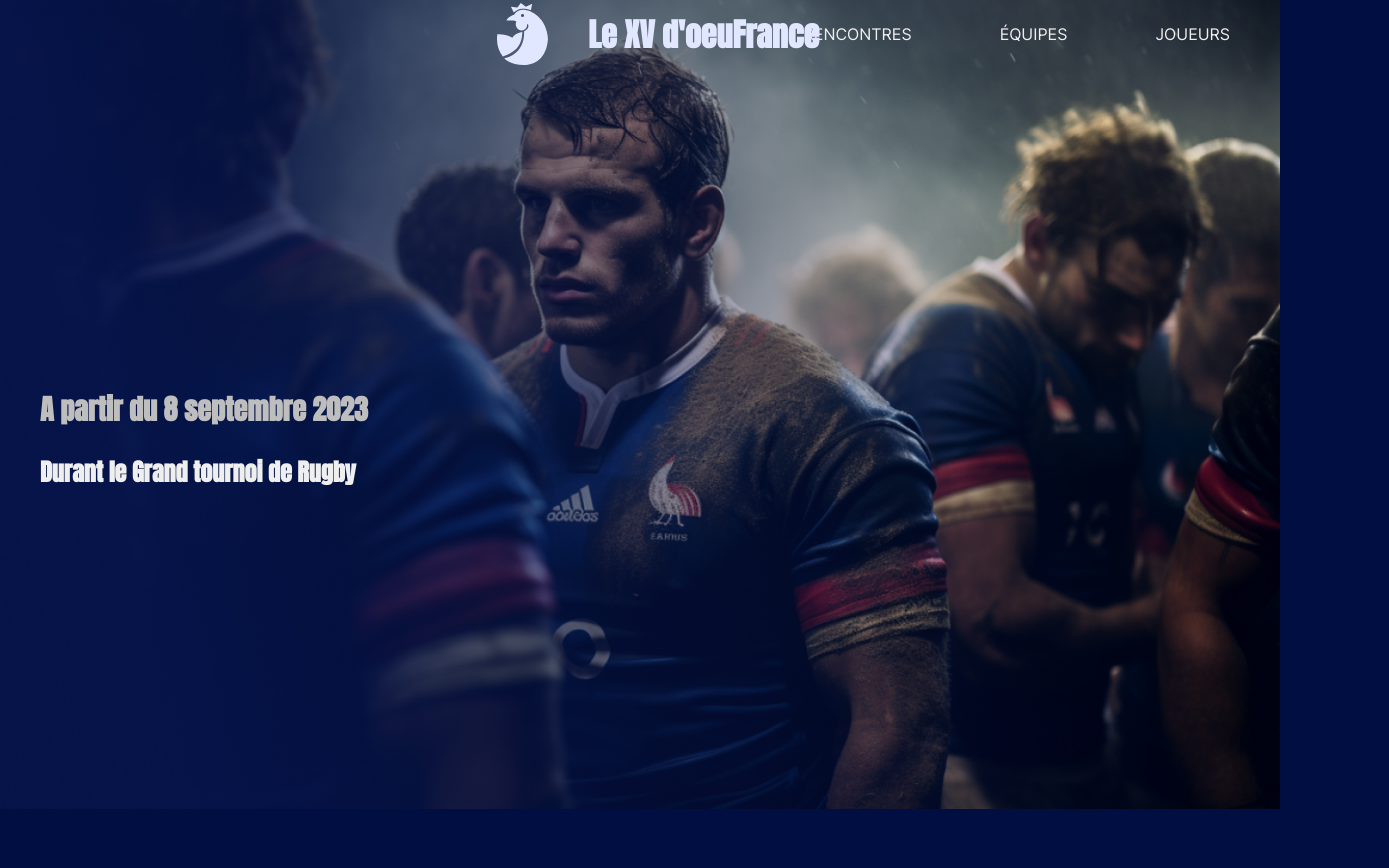
Repository: Yohann-Hamon/Projet_Rugby
Page: http://localhost/
An editor plug-in stored every save of this project. The page is shown before and after the next save, followed by the edit.
The browser window is 1280 px wide. The page is 1389 px wide, so the pictures cover 1389 px, including what lies to the right of the window. The pictures show the part of the page from y = 0 to 868 px (the page is 1745 px tall before and 1807 px after).
The page is run by PHP 8.4 with error messages shown; the project is at /var/www/html/.

Above is the page before, as saved 2023-06-30 12:00:47.

### index.php
<!DOCTYPE html>
<html lang="en">
    <head>
        <!-- style.css -->
        <link rel="stylesheet" href="./front/style/colors.css">

        <!-- main.css -->
        <link rel="stylesheet" href="./front/style/main.css">

        <!-- COMPONENTS -->
        <!-- buttons -->
        <link rel="stylesheet" href="./front/components/molecules/buttons/navbutton/navbutton.css">
        <!-- meeting -->
        <!-- team -->
        <link rel="stylesheet" href="./front/components/molecules/team/team.css">

        <link rel="stylesheet" href="./front/components/molecules/insta/insta.css">
        <!-- player -->
        <link rel="stylesheet" href="./front/components/molecules/player/player.css">

        <!-- Header -->
        <link rel="stylesheet" href="./front/components/organisms/header/header.css">
        <!-- Hero -->
        <link rel="stylesheet" href="./front/components/organisms/hero/hero.css">
        <!-- meetings -->
        <link rel="stylesheet" href="./front/components/organisms/meetings/meetings.css">
        <!-- teams -->
        <link rel="stylesheet" href="./front/components/organisms/teams/teams.css">
        <!-- players -->
        <link rel="stylesheet" href="./front/components/organisms/players/players.css">

        <meta charset="UTF-8">
        <meta http-equiv="X-UA-Compatible" content="IE=edge">
        <meta name="viewport" content="width=device-width, initial-scale=1.0">

        <title> Rugby World Cup 2023 by ESIN</title>
    </head>
    <body>
        <?php
            // header
            include './front/components/organisms/header/header.php';

            // hero
            include './front/components/organisms/hero/hero.php';

            // post instagram
            include './front/components/molecules/insta/insta.php';

            //footer
            include './front/components/organisms/footer/footer.php';

        ?>
    </body>
</html>

### front/components/organisms/header/header.php
<?php
  include './front/components/molecules/buttons/navbutton/navbutton.php';
?>

<header class="o-header">
  <div class="o-header__logo">
    <img src="./front/style/images/logo.svg" alt="logo">
    <h1 class=" nav-title primary900">Le XV d'oeuFrance</h1>
  </div>

  <div class="o-header__user">
    <?php
      navButtonComponent('#','rencontres');
      navButtonComponent('#','équipes');
      navButtonComponent('#','joueurs');
    ?>
  </div>
</header>

### front/components/molecules/buttons/navbutton/navbutton.php
<?php
    function navButtonComponent($url, $text)
    {
        echo'<a href="'.$url.'" class="a-button navigation">'.$text.'</a>';
    }
?>

### front/components/organisms/hero/hero.php

<!DOCTYPE html>
<html lang="en">
<head>
    <meta charset="UTF-8">
    <meta name="viewport" content="width=device-width, initial-scale=1.0">
    <link rel="stylesheet" href="./front/components/organisms/hero/hero.css">

    <title> Rugby World Cup 2023 by ESIN</title>

</head>
<body>
<section class="o-hero">
    <h2 class=" subtitle neutral600">A partir du 8 septembre 2023</h2>
    <h1 class=" title neutral900">Venez suivre le XV d’oeuFrance</h1>
    <h3 class=" description neutral900">Durant le Grand tournoi de Rugby</h3>
</section>
</body>
</html>

### front/components/molecules/insta/insta.php
<h1 class="insta-title neutral900">Suivez ces comptes Instagram pour ne rater aucunes infos !</h1>

<div class="o-embed__user" style="display: flex">
  <div class="posts">
    <iframe class="o-insta" src="https://www.instagram.com/worldrugby/embed" allowtransparency="true" allowfullscreen="true"
      data-instgrm-payload-id="instagram-media-payload-0" scrolling="no" width="355" height="390" frameborder="0" style="border-radius: 6px;"></iframe>

    <iframe src="https://www.instagram.com/rugby.information/embed" class="o-insta" allowtransparency="true" allowfullscreen="true"
      data-instgrm-payload-id="instagram-media-payload-0" scrolling="no" width="355" height="390" frameborder="0" style="border-radius: 6px;"></iframe>

    <iframe src="https://www.instagram.com/francerugby/embed" class="o-insta" allowtransparency="true" allowfullscreen="true"
      data-instgrm-payload-id="instagram-media-payload-0" scrolling="no" width="355" height="390" frameborder="0" style="border-radius: 6px;"></iframe>
  </div>
</div>

### front/components/organisms/footer/footer.php
<footer class="o-footer">
    <p class=" primary900 o-footer__content">© 2023 Coupe du Monde de Rugby | Ce site est un projet scolaire à but non lucratif </p>
    <p class=" primary900 o-footer__content"> XVdoeuFrance@gmail.com</p>
    <img class="o-footer__logo" src="front/components/organisms/footer/logo.png"></li>
</footer>

### front/style/colors.css
:root {
  /* Primary */
  --primary-100: #000E41;
  --primary-200: #031452;
  --primary-300: #002DC9;
  --primary-400: #7289D7;
  --primary-500: #869CE8;
  --primary-600: #A5B0D7;
  --primary-700: #B4C4FF;
  --primary-800: #C9D5FF;
  --primary-900: #E0E7FF;
  /* Sencondary */
  --sencondary-100: #D08800;
  --sencondary-200: #D7A13C;
  --sencondary-300: #E5BF78;
  --sencondary-400: #E09D1E;
  --sencondary-500: #FFA700;
  --sencondary-600: #E7C40E;
  --sencondary-700: #F1C40D;
  --sencondary-800: #F5DD5C;
  --sencondary-900: #F6E1A2;
  /* Terciary */
  --terciary-100: #5E0000;
  --terciary-200: #900000;
  --terciary-300: #B30000;
  --terciary-400: #8A4219;
  --terciary-500: #A43B00;
  --terciary-600: #C94800;
  --terciary-700: #E18A58;
  --terciary-800: #DA9F7F;
  --terciary-900: #F1C3A8;
  /* Neutral */
  --neutral-100: #232323;
  --neutral-200: #414141;
  --neutral-300: #6F6E6E;
  --neutral-400: #8B8B8B;
  --neutral-500: #A1A1A1;
  --neutral-600: #BEBEBE;
  --neutral-700: #C9C9C9;
  --neutral-800: #DDDDDD;
  --neutral-900: #EFEFEF;
}

/* Primary */

.primary100 {
  color: var(--primary-100);
}

.primary200 {
  color: var(--primary-200);
}

.primary300 {
  color: var(--primary-300);
}

.primary400 {
  color: var(--primary-400);
}

.primary500 {
  color: var(--primary-500);
}

.primary800 {
  color: var(--primary-800);
}

.primary900 {
  color: var(--primary-900);
}

.secondary500 {
  color: var(--secondary-500);
}

.secondary600 {
  color: var(--secondary-600);
}

.secondary700 {
  color: var(--secondary-700);
}

.secondary800 {
  color: var(--secondary-800);
}

.secondary900 {
  color: var(--secondary-900);
}


/* Terciary */

.terciary100 {
  color: var(--terciary-100);
}

.terciary200 {
  color: var(--terciary-200);
}

.terciary300 {
  color: var(--terciary-300);
}

.terciary400 {
  color: var(--terciary-400);
}

.terciary500 {
  color: var(--terciary-500);
}

.terciary600 {
  color: var(--terciary-600);
}

.terciary700 {
  color: var(--terciary-700);
}

.terciary800 {
  color: var(--terciary-800);
}

.terciary900 {
  color: var(--terciary-900);
}

/* Neutral */

.primary100 {
  color: var(--primary-100);
}

.primary200 {
  color: var(--primary-200);
}

.primary300 {
  color: var(--primary-300);
}

.primary400 {
  color: var(--primary-400);
}

.neutral500 {
  color: var(--neutral-500);
}

.neutral600 {
  color: var(--neutral-600);
}

.neutral700 {
  color: var(--neutral-700);
}

.neutral800 {
  color: var(--neutral-800);
}

.neutral900 {
  color: var(--neutral-900);
}

/* Neutral */

.neutral100 {
  color: var(--neutral-100);
}

.neutral200 {
  color: var(--neutral-200);
}

.neutral300 {
  color: var(--neutral-300);
}

.neutral400 {
  color: var(--neutral-400);
}

.neutral500 {
  color: var(--neutral-500);
}

.neutral600 {
  color: var(--neutral-600);
}

### front/style/main.css
body {
  margin: 0;
  background-color: #000E41;
}

ul {
  list-style: none;
}

.test {
  height: 100px;
  padding: 20px;
  /* background-color: rgb(87, 151, 151); */
}

h1 {
  margin: 0;
}

h2 {
  margin: 0;
}

### front/components/molecules/buttons/navbutton/navbutton.css
@font-face {
  font-family: 'Inter';
  src: url(../../../../style/fonts/inter.woff2);
}

.a-button
{
  display: inline-block;
  padding: 12px 16px;
  background-color: none;
  color: var(--neutral-900);
  border: none;
  border-radius: 8px;
  text-decoration: none;
  font-family: 'Inter';
  text-transform: uppercase;
}

.a-button:hover
{
  background-color: none;
  color: var(--neutral-900);
  text-decoration-line: underline;
  text-transform: uppercase;
}

.a-button:focus
{
  background-color: var(--primary-500);
  outline: 2px solid var(--primary-300);
  color: var(--base-100);
}

.a-button:active
{
  background-color: var(--primary-300);
  color: var(--base-200);
}

### front/components/molecules/team/team.css
table {
    border-collapse: collapse;
    width: 800px;
    margin: auto ;
}

td {
    border: 1px solid black;
    padding: 8px;
    text-align: center;
}

.o-team__emblem {
    /* margin-right: 10px; */
    height: 140px;
}

### front/components/molecules/insta/insta.css
@font-face {
  font-family: 'Anton';
  src: url('../../../style/fonts/anton.woff2');
}

.posts {
  display: flex;
  justify-content: center;
  align-items: center;
  text-align: center;
}

.o-insta {
  margin: 20px;
  padding: 12px 34px;
}

.insta-title {
  font-family: 'Anton';
  font-size: 30px;
  margin: 20px;
}

### front/components/molecules/player/player.css
.o-player
{
    color: aliceblue;
    display: flex;
    width: 1000px;
    height: 1000px;
    justify-content: space-between;
    align-items: center;
    font-size: 30px;
}

.o-player__picture
{
    width: 600px;
    height: 600px;
}

.o-player__data
{
    /* width: 200px;
    height: 200px; */
}

### front/components/organisms/header/header.css
@font-face {
  font-family: 'Anton';
  src: url('../../../style/fonts/anton.woff2');
}

@font-face {
  font-family: 'Inter';
  src: url('../../../style/fonts/inter.woff2');
}


.o-header {
  display: flex;
  justify-content: flex-end;
  align-items: center;
  padding: 12px 34px;
  background-color: none;
  color: var(--neutral-9 00);
  font-family: 'Anton';
}

.o-header .o-header__user>*+* {
  margin-left: 56px;
  font-family: 'Inter';
  font-size: 16px;
}

.navtitle {
  font-size: 24px;
}

.o-header__logo {
  position: absolute;
  display: flex;
  justify-content: space-between;
  align-items: center;
  gap: 40px;
  right: calc(50% - 179px);
}

### front/components/organisms/hero/hero.css
@font-face {
    font-family: 'Anton';
    src: url('../../../style/fonts/anton.woff2');
}

body {
    overflow: auto;
    background-image: url("../../organisms/hero/background.png");
    background-repeat: no-repeat;
    height: 500px;
    background-size: cover;
    background-position: top center;
}

.o-hero {
    position: relative;
    top: 300px;
    left: 40px;
    background-color: var(--base-200);
    height: 956px;
    width: 100%;
    font-family: 'Anton';
    padding-top: 20px;
}

.title {
    font-size: 50px;
}

.subtitle {
    font-size: 28px;
}

.description {
    font-size: 24px;

}

### front/components/organisms/meetings/meetings.css
@font-face {
    font-family: 'Anton';
    src: url('../../../style/fonts/anton.woff2');
}

.title {
    position: absolute;
    top: 520px;
    right: -15px;
    transform: translateX(-50%);
    font-size: 64px;
    font-family: 'Anton';
    z-index: 99;
}

.meeting-background {
    position: relative;
    top: -100px;
    left: 0;
    margin: 0;
    background-image: url("../../../style/background-image/meeting-background.png");
    background-repeat: no-repeat;
    background-size: cover;
    background-position: top center;
    width: 100%;
    height: 800px;
    font-size: 0;
    z-index: -1;
    border-radius: 0px 0px 300px 300px;
}

.o-meetings {
    margin: 0;
}

### front/components/organisms/teams/teams.css
@font-face {
    font-family: 'Anton';
    src: url('../../../style/fonts/anton.woff2');
}

body {
    background-color: #000E41;
}

.title {
    position: absolute;
    top: 520px;
    right: -15px;
    transform: translateX(-50%);
    font-size: 64px;
    font-family: 'Anton';
    z-index: 99;
}

.team-background {
    position: relative;
    top: -100px;
    left: 0;
    margin: 0;
    background-image: url("../../../style/background-image/team-background.png");
    background-repeat: no-repeat;
    background-size: cover;
    background-position: top center;
    width: 100%;
    height: 800px;
    font-size: 0;
    z-index: -1;
    /* border-radius: 0px 0px 300px 300px; */
}

.o-teams {
    margin: 0;
    padding-top: 84px;
    text-align: center;
}

### front/components/organisms/players/players.css
@font-face {
    font-family: 'Anton';
    src: url('../../../style/fonts/anton.woff2');
}

body {
    background-color: #000E41;
}

.title {
    position: absolute;
    top: 520px;
    right: -15px;
    transform: translateX(-50%);
    font-size: 64px;
    font-family: 'Anton';
    z-index: 99;
}

### front/style/images/logo.svg
<svg width="51" height="62" viewBox="0 0 51 62" fill="none" xmlns="http://www.w3.org/2000/svg">
<path fill-rule="evenodd" clip-rule="evenodd" d="M16.8632 9.67744C16.8632 9.67744 19.7685 6.34265 24.8527 5.81954C29.9368 5.29644 33.9646 7.25808 33.9646 7.25808L35.1531 0.850045L28.8804 3.8579L23.7962 0L20.3627 4.381L13.958 3.8579L16.8632 9.67744ZM27.0316 28.3787C27.0316 28.3787 29.4086 50.4144 7.28911 55.2532C11.9111 61.7264 47.8305 72.777 50.9999 36.0291C50.0095 14.2546 32.8421 6.47342 26.4373 6.66981C26.4373 6.66981 20.0326 6.34287 17.0613 11.7047C10.5245 13.6663 9.53407 17.5896 9.53407 17.5896C9.53407 17.5896 18.3819 17.1973 19.3063 18.6358C19.3063 18.6358 18.329 20.4748 18.9761 22.7553C19.58 24.8833 21.7109 27.4632 24.3244 27.4632C26.9016 27.4632 28.8307 25.9239 29.6067 24.2592C29.9731 23.4731 30.0564 22.6513 30.1186 22.0368C30.1778 21.4522 30.218 21.0552 30.4651 21.0552C31.5215 21.0552 32.9081 25.8939 27.0316 28.3787ZM15.4105 34.7868C15.4105 34.7868 10.0623 30.9288 0.290025 31.3212C-0.645756 39.56 0.554209 46.0335 5.77038 53.5531C23.6864 47.8611 24.6713 36.8978 25.2433 30.5302L25.2433 30.5301L25.2433 30.53L25.2433 30.5298C25.289 30.0216 25.332 29.5426 25.3808 29.098C18.5139 29.6864 15.4105 34.7868 15.4105 34.7868ZM25.5129 10.9198C26.2392 10.9198 27.0316 11.2206 27.0316 12.4237C27.0316 13.6269 26.1072 13.9277 25.579 13.9277C24.1263 13.9277 23.9283 12.7507 23.9283 12.4237C23.9943 10.9198 25.3149 10.9198 25.5129 10.9198Z" fill="#E0E7FF"/>
</svg>

### front/components/organisms/footer/footer.css
@font-face {
  font-family: 'Inter';
  src: url('../../../style/fonts/inter.woff2');
}

.o-footer {
  display: flex;
  justify-content: space-around;
  padding: 10px 20px 100px 20px;
  background-color: var(--primary-200);
  color: var(--base-200);
}

.o-footer__content {
  display: inline;
  font-family: 'Inter';
  align-items: center;

}

.o-footer__logo {

  margin: 20px;
}

After the next save:
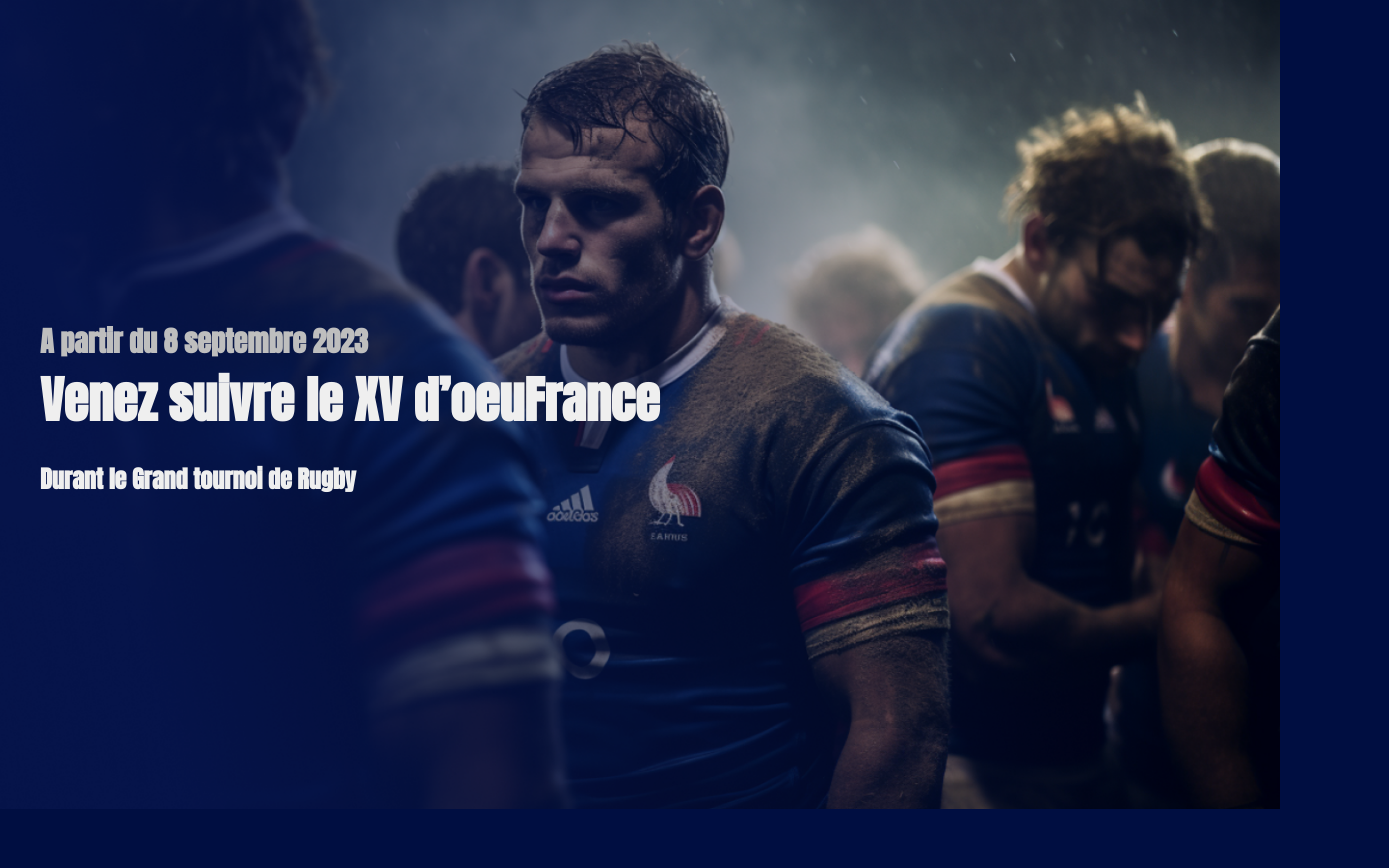
Saved 47 min 59 s later.
--- a/index.php
+++ b/index.php
@@ -10,45 +10,47 @@
         <!-- COMPONENTS -->
         <!-- buttons -->
         <link rel="stylesheet" href="./front/components/molecules/buttons/navbutton/navbutton.css">
-        <!-- meeting -->
-        <!-- team -->
-        <link rel="stylesheet" href="./front/components/molecules/team/team.css">
-
+        <!-- insta -->
         <link rel="stylesheet" href="./front/components/molecules/insta/insta.css">
-        <!-- player -->
-        <link rel="stylesheet" href="./front/components/molecules/player/player.css">
 
         <!-- Header -->
         <link rel="stylesheet" href="./front/components/organisms/header/header.css">
         <!-- Hero -->
         <link rel="stylesheet" href="./front/components/organisms/hero/hero.css">
-        <!-- meetings -->
-        <link rel="stylesheet" href="./front/components/organisms/meetings/meetings.css">
-        <!-- teams -->
-        <link rel="stylesheet" href="./front/components/organisms/teams/teams.css">
-        <!-- players -->
-        <link rel="stylesheet" href="./front/components/organisms/players/players.css">
+        <!-- Footer -->
+        <link rel="stylesheet" href="./front/components/organisms/footer/footer.css">
+
+        <link rel="apple-touch-icon" sizes="180x180" href="./front/style/favicon/apple-touch-icon.png">
+        <link rel="icon" type="image/png" sizes="32x32" href="./front/style/favicon/favicon-32x32.png">
+        <link rel="icon" type="image/png" sizes="16x16" href="./front/style/favicon/favicon-16x16.png">
+        <link rel="manifest" href="./front/style/favicon/site.webmanifest">
+        <link rel="mask-icon" href="./front/style/favicon/safari-pinned-tab.svg" color="#5bbad5">
+        <meta name="msapplication-TileColor" content="#da532c">
+        <meta name="theme-color" content="#ffffff">
 
         <meta charset="UTF-8">
         <meta http-equiv="X-UA-Compatible" content="IE=edge">
         <meta name="viewport" content="width=device-width, initial-scale=1.0">
 
-        <title> Rugby World Cup 2023 by ESIN</title>
+        <title>Coupe du monde de Rugby 2023 par ESIN</title>
     </head>
     <body>
-        <?php
-            // header
-            include './front/components/organisms/header/header.php';
+        <div class="container">
+            <?php
 
-            // hero
-            include './front/components/organisms/hero/hero.php';
+                // hero
+                include './front/components/organisms/hero/hero.php';
 
-            // post instagram
-            include './front/components/molecules/insta/insta.php';
+                // header
+                include './front/components/organisms/header/header.php';
 
-            //footer
-            include './front/components/organisms/footer/footer.php';
+                // post instagram
+                include './front/components/molecules/insta/insta.php';
 
-        ?>
+                //footer
+                include './front/components/organisms/footer/footer.php';
+
+            ?>
+        </div>
     </body>
 </html>
